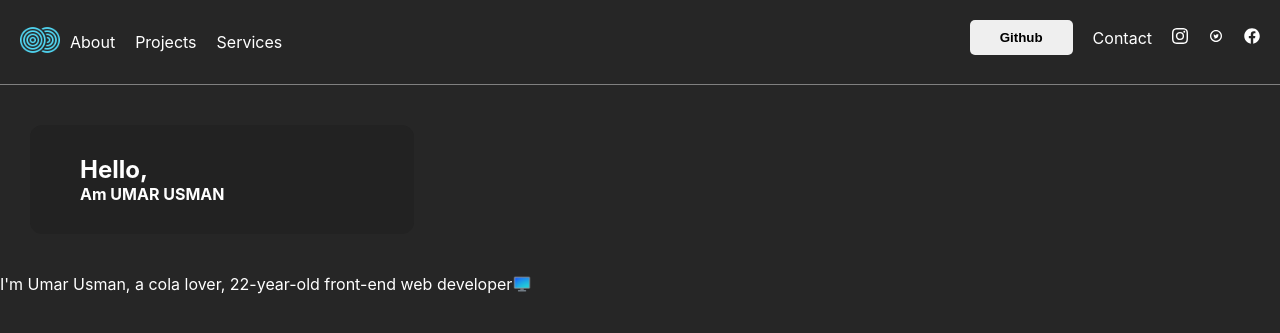
Repository: uh-sman/Portfolio
Page: /
These files come from the project's save history. The page is drawn as it stood at one moment and after the next save; the edit follows.
The browser window is 1280 px wide. The pictures show the whole page.
The project was rebuilt for these pictures with package versions that can differ from the ones it lists, and the page was loaded fresh each time. Also part of the build but not shown: src/components/repositories.css, src/components/repositories.js, src/components/RepositoriesCard.jsx, src/components/projects.css, src/components/Projects.jsx, src/components/Services.jsx.

Above is the page before, as saved 2022-11-18 23:45:01.

### src/index.js
import React from "react";
import ReactDOM from "react-dom/client";
import { BrowserRouter } from "react-router-dom";
import "./index.css";
import App from "./App";

const root = ReactDOM.createRoot(document.getElementById("root"));
root.render(
  <BrowserRouter>
    <React.StrictMode>
      <App />
    </React.StrictMode>
  </BrowserRouter>
);

### src/App.js
import "./App.css";
import { Index } from "./components/index";
import { Route, Routes } from "react-router-dom";
import About from "./components/About";
import "animate.css";
import Projects from "./components/Projects";
import Services from "./components/Services";
// import Services from "./components/Services";
function App() {
  return (
    <div className="App">
      <Index />
      <Routes>
        <Route path="/" element={<About />} />
        <Route path="/projects" element={<Projects />} />
        <Route path="/services" element={<Services />} />
      </Routes>
    </div>
  );
}

export default App;

### src/App.css
* {
  margin: 0px;
  padding: 0px;
  box-sizing: border-box;
  text-decoration: none;
  list-style: none;
}
body {
  /* background: rgb(2, 0, 36);
  background: linear-gradient(
    90deg,
    rgba(2, 0, 36, 1) 0%,
    rgba(4, 14, 33, 1) 90%,
    rgba(5, 52, 61, 1) 100%
  ); */
  background: #262626;
}

### src/components/index.js
import React from "react";
import { Navbar } from "./Navbar";
import { Route, Routes } from "react-router-dom";
export const Index = () => {
  return (
    <div>
      <Navbar />
    </div>
  );
};

### src/components/About.jsx
import React from "react";
import monitor from "../assets/monitor.png";
import "./about.css";
import RepositoriesCard from "./RepositoriesCard";
const About = () => {
  return (
    <div>
      <div className="about">
        <div className="introduction">
          <h2>Hello,</h2>
          <h4>Am UMAR USMAN</h4>
        </div>
        <div className="about-myself">
          <p className="text">
            I'm Umar Usman, a cola lover, 22-year-old front-end web developer{" "}
            <img src={monitor} className="computer-image" />{" "}
          </p>
        </div>
      </div>
    </div>
  );
};

export default About;

### src/components/Navbar.jsx
import React, { useState } from "react";
import { Link } from "react-router-dom";
import logo from "../assets/ico.png";
import "./navbar.css";
import { Profile } from "./Profile";
export const Navbar = () => {
  const [active, isActive] = useState(false);
  // Get the container element
  // const activeLink = document.querySelector("nav-list");
  // const style = {
  //   backgroundColor: "red",
  //   width: "100%",
  //   height: "100%",
  // };
  // Get all buttons with class="btn" inside the container
  // const btnActive = activeLink.getElementsByClassName("btn");
  // Loop through the buttons and add the active class to the current/clicked button
  // for (var i = 0; i < btnActive.length; i++) {
  //   btnActive[i].addEventListener("click", function () {
  //     var currentMode = document.getElementsByClassName("active");
  //     currentMode[0].className = currentMode[0].className.replace("active", "");
  //     this.className += "active";
  //   });
  // }
  // activeLink.addEventListener()
  return (
    <div>
      <nav className="navbar-container">
        <div className="navbar">
          <div className="navbar-nav">
            <div>
              <a>
                <img src={logo} className="logo" />
              </a>
            </div>
            <ul className="nav-list">
              <Link to="/">
                <a href="">About</a>
              </Link>
              <Link to="/projects">
                <a href="">Projects</a>
              </Link>
              <Link to="/services" className="btn">
                <a href="">Services</a>
              </Link>
            </ul>
          </div>
          <div>
            <Profile />
          </div>
        </div>
      </nav>
    </div>
  );
};

### src/components/about.css
.about {
  color: white;
}
.introduction {
  margin: 40px 30px;
  color: white;
  border-radius: 12px;
  display: flex;
  flex-direction: column;
  width: 30%;
  background: #222222;
  padding: 30px 50px;
}
.about-myself {
}
.text {
  display: flex;
  align-items: center;
}
.computer-image {
  width: 20px;
  height: 20px;
}

### src/components/navbar.css
.nav-list {
  display: flex;
  align-items: center;
  gap: 20px;
}
.nav-list a {
  color: white;
}
.navbar {
  margin: 20px 20px;
  display: flex;
  justify-content: space-between;
}
.navbar-nav {
  display: flex;
  gap: 10px;
}
.logo {
  width: 40px;
  height: 40px;
  color: white;
}
.navbar-container {
  border-bottom: 0.5px solid gray;
}
/* .btn {
  border: transparent;
  outline: none;
  background: rgba(2, 0, 36, 1) 0%;
} */
/* .active, */
/* .btnSelect:hover {
  border: none;
  border-bottom: 1px solid lightblue;
  cursor: pointer;
} */

@media only screen and (min-width: 200px) and (max-width: 950px) {
  .nav-list {
    display: none;
  }
}

### src/components/Profile.js
import React, { useState } from "react";
import { SiFacebook } from "react-icons/si";
import { FaWhatsapp, FaFacebook, FaRegWindowClose } from "react-icons/fa";
import { TiSocialTwitterCircular } from "react-icons/ti";
import { Link } from "react-router-dom";
import { BsInstagram } from "react-icons/bs";
import burger from "../assets/burger-menu.png";
import close from "../assets/icons8.png";

import "animate.css";
import "./profile.css";
export const Profile = () => {
  const [isActive, setIsActive] = useState(false);

  return (
    <div>
      <div>
        <section className="profile-section ">
          <button className="button">
            <a>Github</a>
          </button>
          <a>Contact</a>
          <a>
            <BsInstagram />
          </a>
          <a>
            <TiSocialTwitterCircular />
          </a>
          <a>
            <FaFacebook />
          </a>
        </section>
        {isActive ? (
          <div className="sidebar-container">
            <div>
              <FaRegWindowClose
                className="close"
                onClick={() => setIsActive(!isActive)}
              />
              {/* <img src={close} /> */}
            </div>
            <section className="sidebar-section ">
              <ul className="links">
                <Link to="/">
                  <a href="">About</a>
                </Link>
                <Link to="/projects">
                  <a href="">Projects</a>
                </Link>
                <Link to="/services">
                  <a href="">Services</a>
                </Link>
                <button className="button">
                  <a className="link">Github</a>
                </button>
                <a>Contact</a>
              </ul>
              <ul className="link-icons">
                <a>
                  <BsInstagram className="instagram" />
                </a>
                <a>
                  <TiSocialTwitterCircular className="twitter" />
                </a>
                <a>
                  <FaFacebook className="facebook" />
                </a>
              </ul>
            </section>
          </div>
        ) : (
          <div>
            <img
              src={burger}
              className="burger-menu"
              onClick={() => setIsActive(!isActive)}
            />
          </div>
        )}
      </div>
    </div>
  );
};

### src/components/profile.css
.profile-section {
  display: flex;
  gap: 20px;
  align-items: center;
  color: white;
}
.links {
  display: flex;
  flex-direction: column;
  /* display: flex; */
  align-items: center;
  gap: 20px;
}
.links a {
  color: white;
}
.sidebar-container {
  display: inline-block;
  /* margin: 0 0.5rem; */
  animation: slideInRight 2s;
  /* animation-duration: 2s; */

  height: 100%;
  width: 40%;
  top: 0px;
  right: 0px;
  background-color: #222222;
  position: absolute;
}
.burger-menu {
  width: 30px;
  height: 30px;
}
.close {
  color: white;
  width: 30px;
  height: 30px;
}
.button {
  padding: 10px 30px;
  box-shadow: gray;
  border: none;
  font-weight: 700;
  border-radius: 5px;
}
.button a {
  color: black;
}
.link-icons {
  margin-top: 20px;
  display: flex;
  align-items: center;
  gap: 10px;
}
.instagram {
  font-size: 20px;
}
.facebook {
  font-size: 20px;
}
.twitter {
  font-size: 30px;
}

@media only screen and (min-width: 200px) and (max-width: 950px) {
  .profile-section {
    display: none;
  }
}
@media only screen and (min-width: 950px) {
  .burger-menu {
    display: none;
  }
}
.sidebar-section {
  margin-top: 40%;
  justify-content: center;
  display: flex;
  flex-direction: column;
  align-items: center;
  color: white;
}
/* animate__slideInRight */

Loaded but not shown: public/index.html (common file); src/index.css (common file)

After the next save:
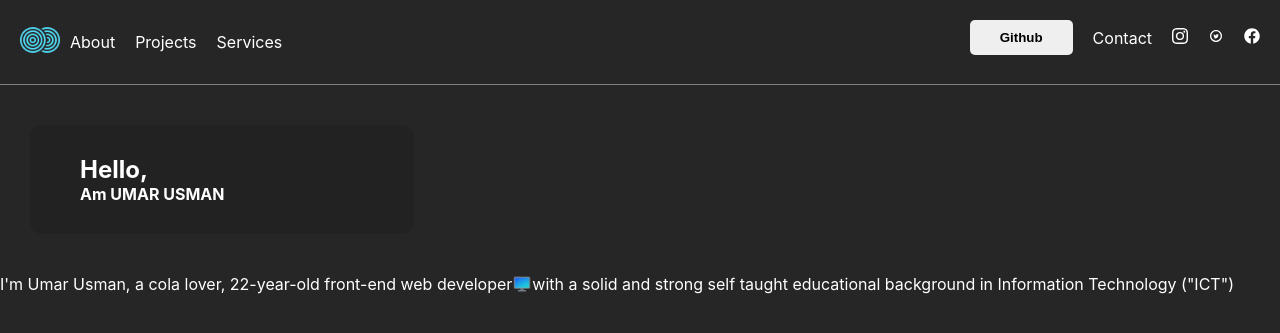
Saved 2 min 45 s later.
--- a/src/components/About.jsx
+++ b/src/components/About.jsx
@@ -13,7 +13,9 @@ const About = () => {
         <div className="about-myself">
           <p className="text">
             I'm Umar Usman, a cola lover, 22-year-old front-end web developer{" "}
-            <img src={monitor} className="computer-image" />{" "}
+            <img src={monitor} className="computer-image" /> with a solid and
+            strong self taught educational background in Information Technology
+            ("ICT")
           </p>
         </div>
       </div>
